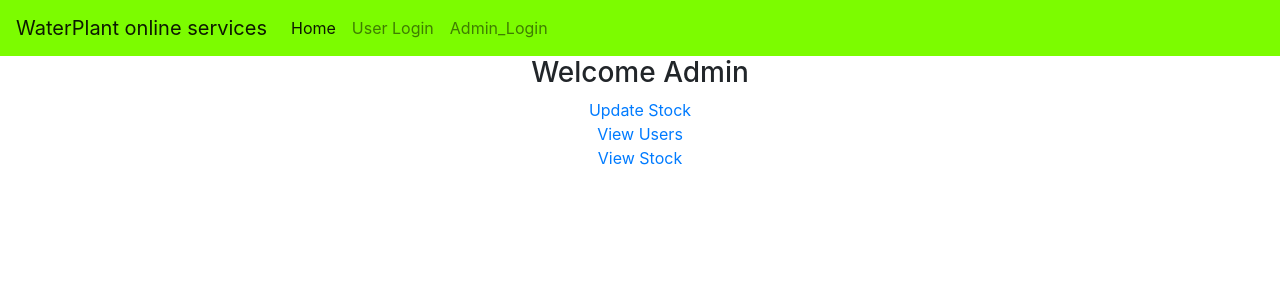
Repository: SHARMILAG97/WebApplication
Page: http://localhost/waterplant_web/admin.jsp
These files come from the project's save history. The page is drawn as it stood at one moment and after the next save; the edit follows.
The browser window is 1280 px wide. The pictures show the whole page.
The page is served by Tomcat 9. Other server files are loaded and not shown.

Above is the page before, as saved 2019-09-18 08:42:56.
Console error: TypeError: Cannot read properties of undefined (reading 'fn')

### waterplant_web/src/main/webapp/admin.jsp
<html>
<head>
<title>Admin</title>

<link rel="stylesheet" href="css/bootstrap.min.css">
<script src="js/bootstrap.min.js"></script>

</head>
<body style="text-align:center">
<jsp:include page="headers.jsp"></jsp:include>
<h3>Welcome Admin</h3>
<form >

<div class="container-fluid">
        <div class="row">
            <div class="col">
<a href="updatestock.jsp">Update Stock</a> <br/>
	<a href="viewusers.jsp">View Users</a> <br/>
	<a href="viewstock.jsp">View Stock</a> <br/>
</div>
</div>
</div>


</form>


</body>
</html>

### waterplant_web/src/main/webapp/headers.jsp

<nav class="navbar navbar-expand-md navbar-light" style="background-color: #7CFC00;">
 <a class="navbar-brand" href="index.jsp">WaterPlant online services</a>
 <button class="navbar-toggler" type="button" data-toggle="collapse" data-target="#navbarCollapse" aria-controls="navbarCollapse" aria-expanded="false" aria-label="Toggle navigation">
   <span class="navbar-toggler-icon"></span>
 </button>
 <div class="collapse navbar-collapse" id="navbarCollapse">
   <ul class="navbar-nav mr-auto">
     <li class="nav-item active">
       <a class="nav-link" href="index.jsp">Home</a>
     </li>

     <li class="nav-item">
       <a class="nav-link " href="userlogin.jsp">User Login</a>
     </li>
     <li class="nav-item">
       <a class="nav-link " href="adminlogin.jsp">Admin_Login</a>
     </li>
   </ul>
 <!--   <form class="form-inline mt-2 mt-md-0">
   <input class="form-control mr-sm-2" type="text" placeholder="Search" aria-label="Search">
     <button class="btn btn-outline-success my-2 my-sm-0" type="submit">Search</button>
   </form>-->
 </div>
</nav>

Loaded but not shown: waterplant_web/src/main/webapp/css/bootstrap.min.css (library); waterplant_web/src/main/webapp/js/bootstrap.min.js (library)

After the next save:
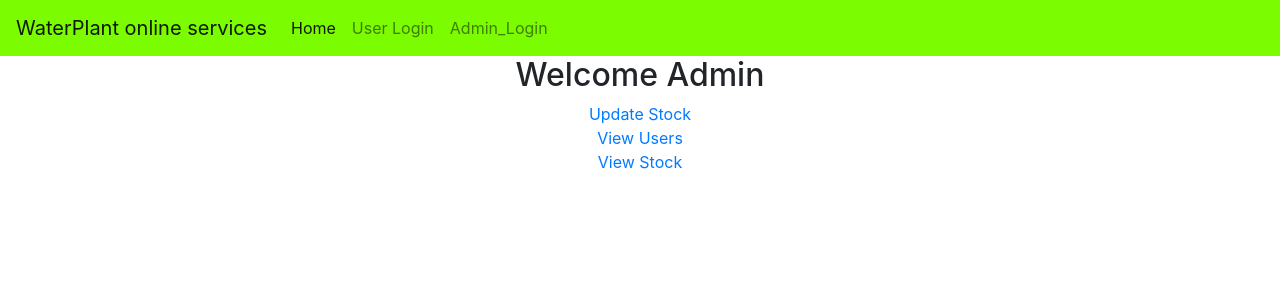
Saved 5 min 58 s later.
--- a/waterplant_web/src/main/webapp/admin.jsp
+++ b/waterplant_web/src/main/webapp/admin.jsp
@@ -8,7 +8,7 @@
 </head>
 <body style="text-align:center">
 <jsp:include page="headers.jsp"></jsp:include>
-<h3>Welcome Admin</h3>
+<h2>Welcome Admin</h2>
 <form >
 
 <div class="container-fluid">
